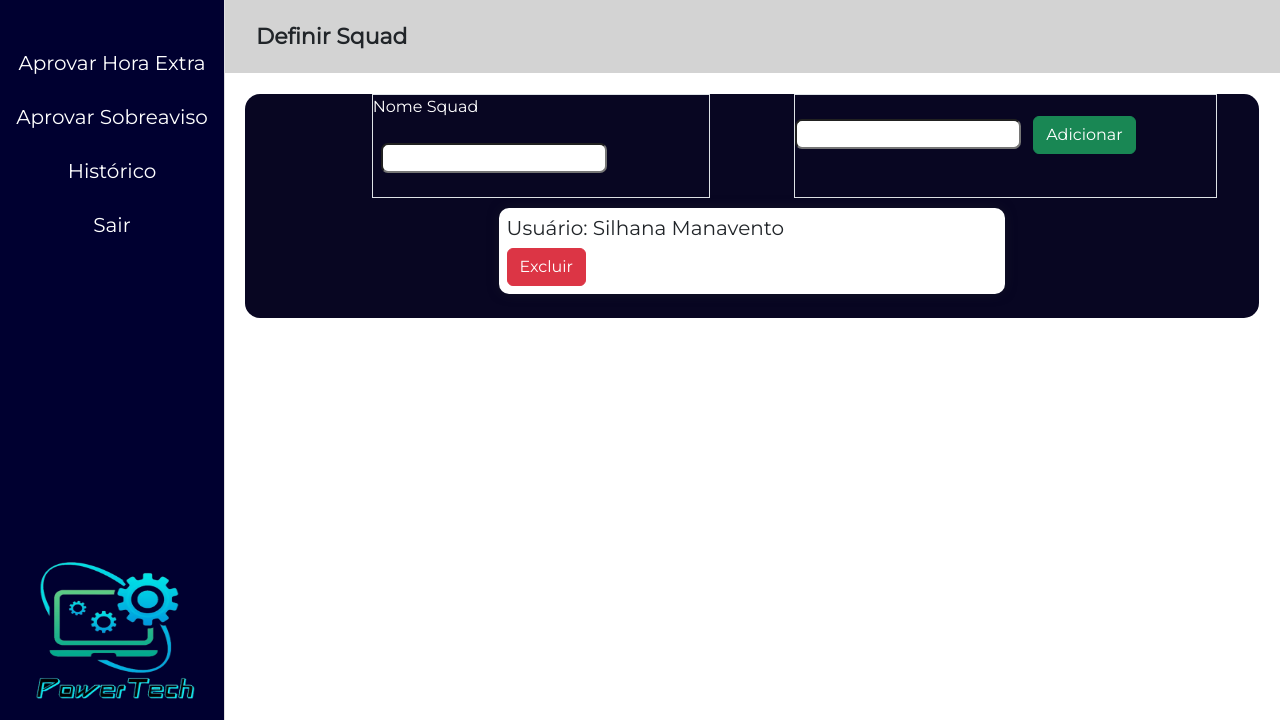
Repository: PowerTech-Fatec/API-2RP-NET
Page: /adm/squad (app in Sprint 3/2rp-web/)
The author's editor kept a copy of each file at every save. The page is drawn from the files as they stood at one save, then again after the next save.
The browser window is 1280 px wide. The pictures show the whole page.
The project was rebuilt for these pictures with package versions that can differ from the ones it lists, and the page was loaded fresh each time. Also part of the build but not shown: Sprint 3/2rp-web/src/pages/login/login.js, Sprint 3/2rp-web/src/pages/home/dashboard.js, Sprint 3/2rp-web/src/pages/home/sobreaviso/sobreaviso.css, Sprint 3/2rp-web/src/pages/home/sobreaviso/sobreaviso.js, Sprint 3/2rp-web/src/pages/home/hora-extra/hora-extra.css, Sprint 3/2rp-web/src/pages/home/hora-extra/hora-extra.js, Sprint 3/2rp-web/src/components/cards/Cards.js, Sprint 3/2rp-web/src/pages/home/gestor/aprovar-hora-extra/gestor.js and 3 more.

Above is the page before, as saved 2022-11-02 16:46:33.

After the next save:
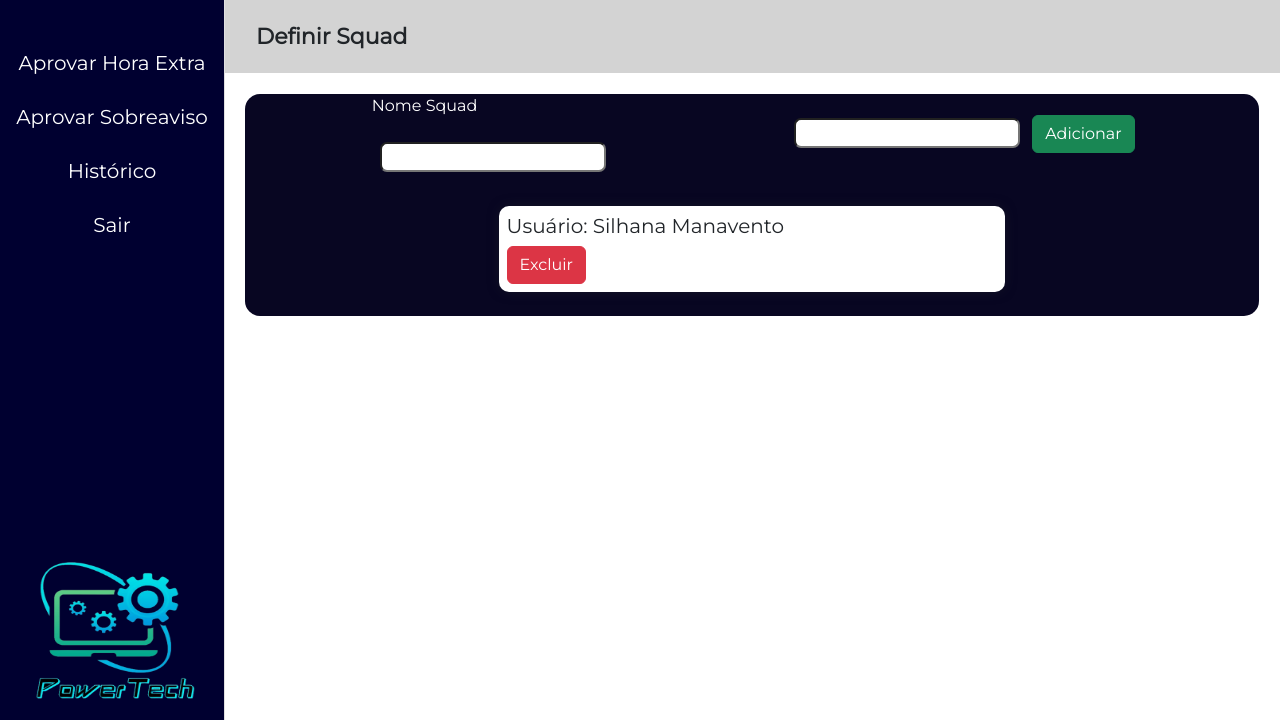
Saved 21 s later.
--- a/Sprint 3/2rp-web/src/pages/home/adm/squad/def-squad.js
+++ b/Sprint 3/2rp-web/src/pages/home/adm/squad/def-squad.js
@@ -16,7 +16,7 @@ function Squad() {
 
             <div>
             <div className="col-12 d-flex justify-content-around">
-            <div className="col-4 offset-1 border">
+            <div className="col-4 offset-1">
             <span>
             <label className="font">Nome Squad</label> <input className="squad-name mt-4 mb-4 ml-2"></input>
             </span>
@@ -25,7 +25,7 @@ function Squad() {
 
 
 
-            <div className="col-5 border">
+            <div className="col-5">
             <span>
             <input className="squad-name mt-4 mb-4"></input><button type="button" class="btn btn-success ml-3">Adicionar</button>
             </span>
